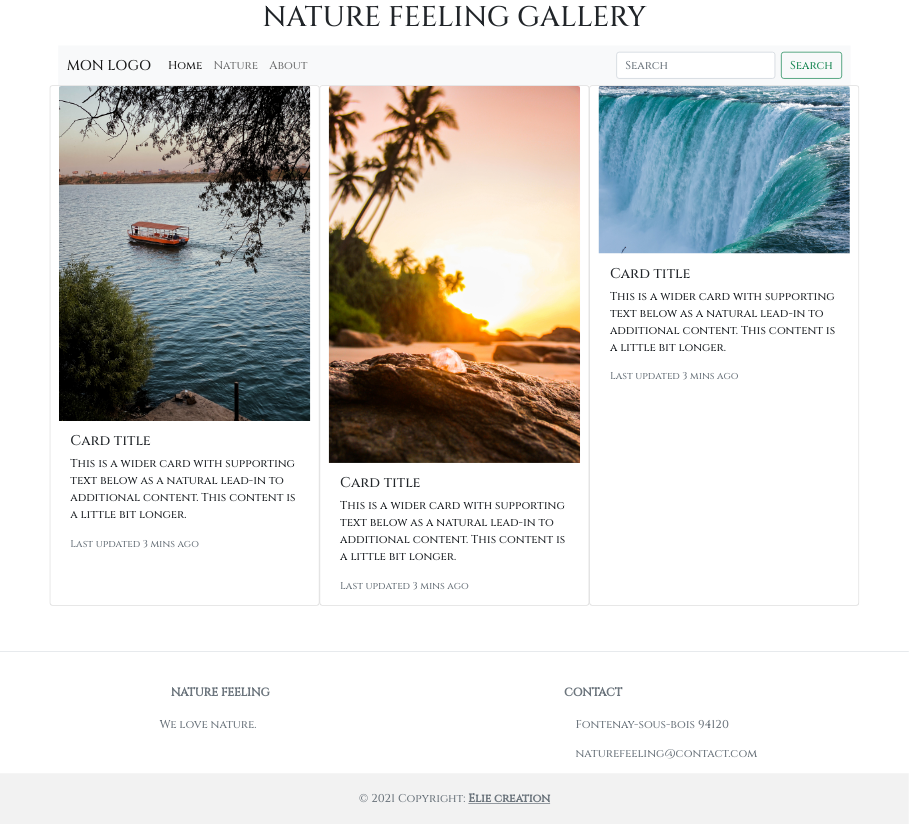
Repository: Elie-Dey/boot-start
Page: gallery.html
The author's editor kept a copy of each file at every save. The page is drawn from the files as they stood at one save, then again after the next save.
The browser window is 1280 px wide. The pictures show the whole page, at 71% of full size.
Some web fonts or font styles are not loaded; a fallback is used.

Above is the page before, as saved 2021-08-19 18:54:58.

After the next save:
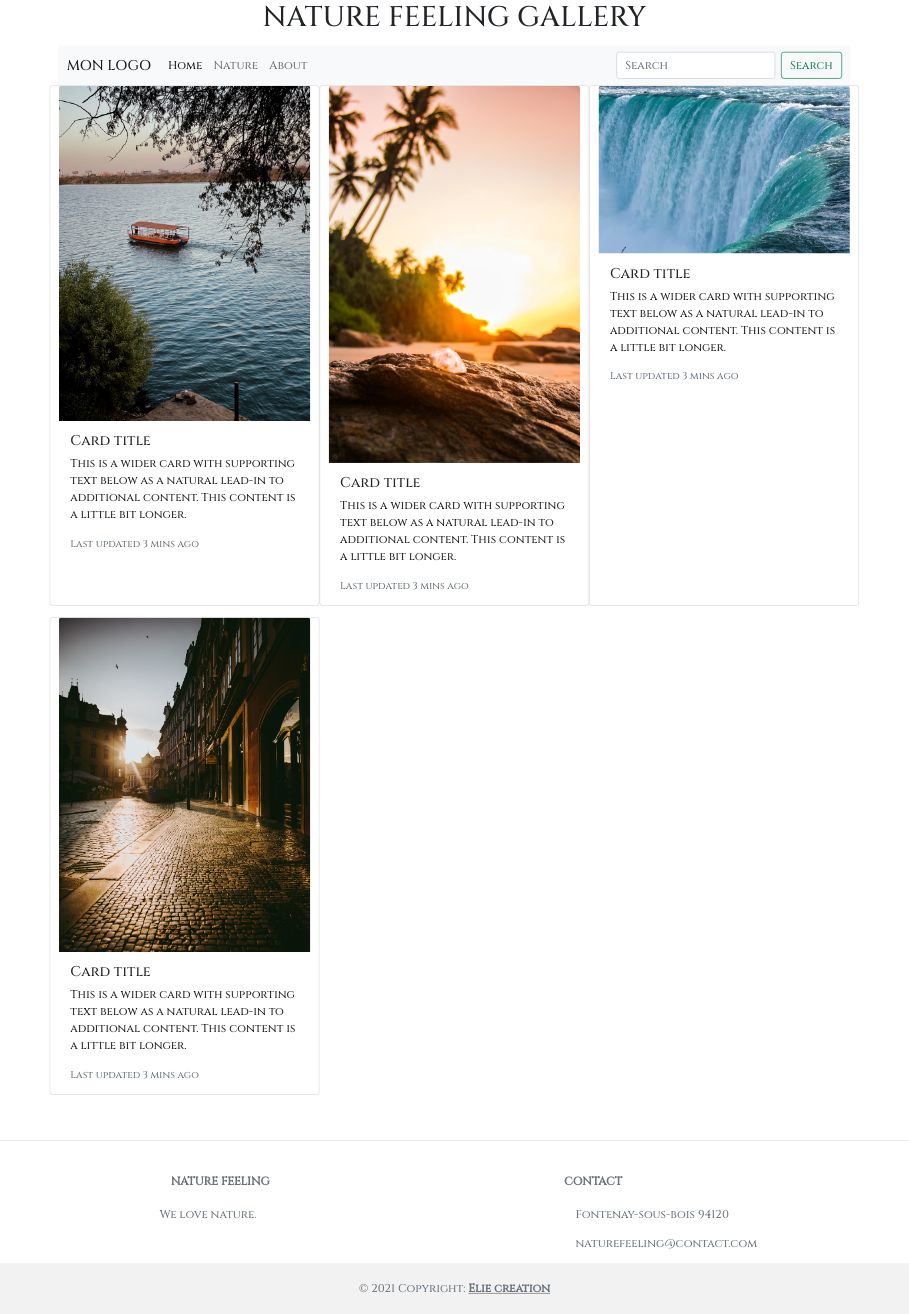
Saved 67 s later.
--- a/gallery.html
+++ b/gallery.html
@@ -126,6 +126,24 @@
             </p>
           </div>
         </div>
+        <div class="card mb-3 col-md-6 col-xl-4">
+          <img
+            src="images/kevin-andre-9Q1t_docbak-unsplash.jpg"
+            class="card-img-top"
+            alt="..."
+          />
+          <div class="card-body">
+            <h5 class="card-title">Card title</h5>
+            <p class="card-text">
+              This is a wider card with supporting text below as a natural
+              lead-in to additional content. This content is a little bit
+              longer.
+            </p>
+            <p class="card-text">
+              <small class="text-muted">Last updated 3 mins ago</small>
+            </p>
+          </div>
+        </div>
 
         <!--Images cards-->
       </div>
